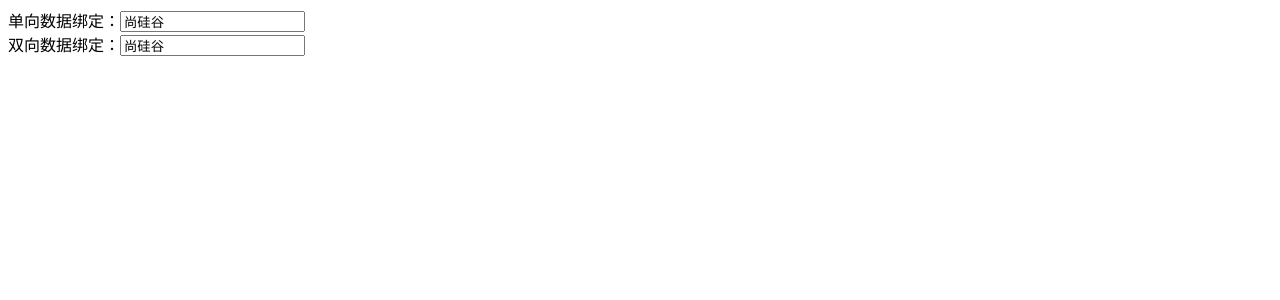
Repository: Lconfident/Learning_Process
Page: Vue/vue_basic/03_数据绑定/数据绑定.html
The author's editor kept a copy of each file at every save. The page is drawn from the files as they stood at one save, then again after a run of saves.
The browser window is 1280 px wide. The pictures show the whole page.

Above is the page before, as saved 2023-07-16 09:42:05.

After the next 2 saves:
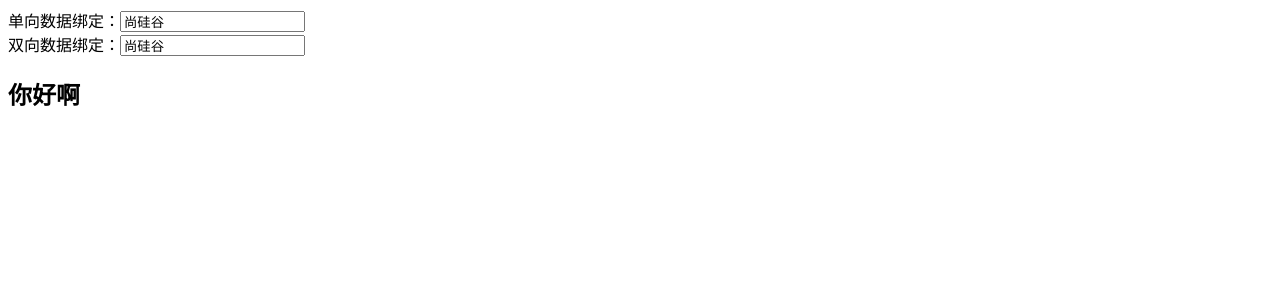
The 2 saves are shown as one change because they came seconds apart.
The last was saved 7 s later.
--- a/Vue/vue_basic/03_数据绑定/数据绑定.html
+++ b/Vue/vue_basic/03_数据绑定/数据绑定.html
@@ -14,7 +14,7 @@
         双向数据绑定：<input type="text" v-model:value="name"><br>
 
         <!-- 如下代码是错误的，因为v-model指令只能应用在表单类元素（输入类元素）上 -->
-        <h2 v-model:x=""></h2>
+        <h2 v-model:x="name">你好啊</h2>
     </div>
 
     <script type="text/javascript">
